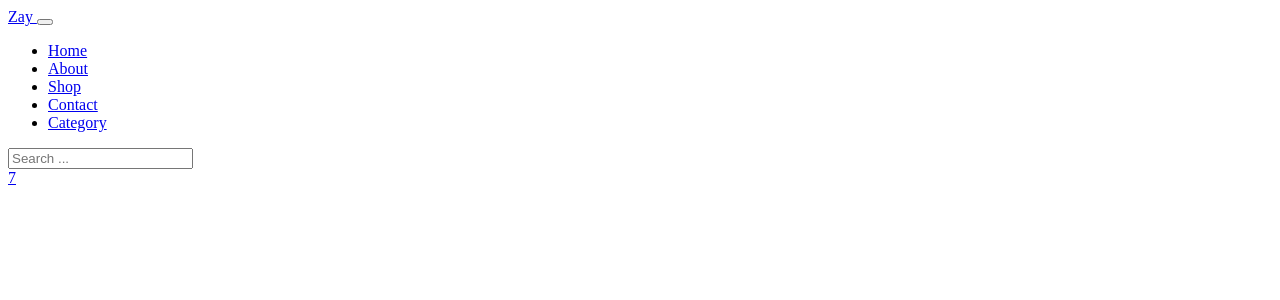
Repository: Carwyn1101/NguyenDinhHongPhuc_22133041
Page: http://localhost/LapTrinhWeb/commons/admin/header.jsp
These files come from the project's save history. The page is drawn as it stood at one moment and after the next save; the edit follows.
The browser window is 1280 px wide. The pictures show the whole page.
The page is served by Tomcat 10. Nobody is signed in. The application's start-up code is not run. Other server files are loaded and not shown.

Above is the page before, as saved 2024-10-08 14:33:57.

### LapTrinhWeb/src/main/webapp/commons/admin/header.jsp
<%@page import="LapTrinhWeb_Cha.models.UserModel"%>
<%@page import="LapTrinhWeb_Cha.controllers.WaitingController"%>
<%@ page language="java" contentType="text/html; charset=ISO-8859-1"
	pageEncoding="ISO-8859-1"%>

<%
// Giả sử bạn đã lưu đối tượng user trong session khi người dùng đăng nhập
UserModel account = (UserModel) session.getAttribute("account");
%>

<nav class="navbar navbar-expand-lg navbar-light shadow">
	<div
		class="container d-flex justify-content-between align-items-center">

		<a class="navbar-brand text-success logo h1 align-self-center"
			href="index.html"> Zay </a>

		<button class="navbar-toggler border-0" type="button"
			data-bs-toggle="collapse" data-bs-target="#templatemo_main_nav"
			aria-controls="navbarSupportedContent" aria-expanded="false"
			aria-label="Toggle navigation">
			<span class="navbar-toggler-icon"></span>
		</button>

		<div
			class="align-self-center collapse navbar-collapse flex-fill  d-lg-flex justify-content-lg-between"
			id="templatemo_main_nav">
			<div class="flex-fill">
				<ul class="nav navbar-nav d-flex justify-content-between mx-lg-auto">
					<li class="nav-item"><a class="nav-link" href="index.html">Home</a>
					</li>
					<li class="nav-item"><a class="nav-link" href="about.html">About</a>
					</li>
					<li class="nav-item"><a class="nav-link" href="shop.html">Shop</a>
					</li>
					<li class="nav-item"><a class="nav-link" href="contact.html">Contact</a>
					</li>
					<li class="nav-item"><a class="nav-link" href="${pageContext.request.contextPath}/admin/categories">Category</a>
					</li>
				</ul>
			</div>
			<div class="navbar align-self-center d-flex">
				<div class="d-lg-none flex-sm-fill mt-3 mb-4 col-7 col-sm-auto pr-3">
					<div class="input-group">
						<input type="text" class="form-control" id="inputMobileSearch"
							placeholder="Search ...">
						<div class="input-group-text">
							<i class="fa fa-fw fa-search"></i>
						</div>
					</div>
				</div>
				<a class="nav-icon d-none d-lg-inline" href="#"
					data-bs-toggle="modal" data-bs-target="#templatemo_search"> <i
					class="fa fa-fw fa-search text-dark mr-2"></i>
				</a> <a class="nav-icon position-relative text-decoration-none" href="#">
					<i class="fa fa-fw fa-cart-arrow-down text-dark mr-1"></i> <span
					class="position-absolute top-0 left-100 translate-middle badge rounded-pill bg-light text-dark">7</span>
				</a>
				<!--  <a class="nav-icon position-relative text-decoration-none" href="#">
                        <i class="fa fa-fw fa-user text-dark mr-3"></i>
                        <span class="position-absolute top-0 left-100 translate-middle badge rounded-pill bg-light text-dark">+99</span>
                    </a> -->

				<%
				if (account != null) {
				%>
				<div class="dropdown">
					<button
						class="btn btn-secondary dropdown-toggle nav-icon position-relative text-decoration-none"
						type="button" id="dropdownMenuButton" data-bs-toggle="dropdown"
						aria-expanded="false">
						<i class="fa fa-fw fa-user text-dark mr-3"></i> <span
							class="position-absolute top-0 left-100 translate-middle badge rounded-pill bg-light text-dark">+99</span>
					</button>
					<ul class="dropdown-menu" aria-labelledby="dropdownMenuButton">
						<li><a class="dropdown-item"
							href='${pageContext.request.contextPath}/logout'>Logout</a></li>
						<li><a class="dropdown-item"
							href='${pageContext.request.contextPath}/profile'>Edit
								Profile</a></li>
					</ul>
				</div>
				<%
				}
				%>
			</div>
		</div>
	</div>
</nav>

After the next save:
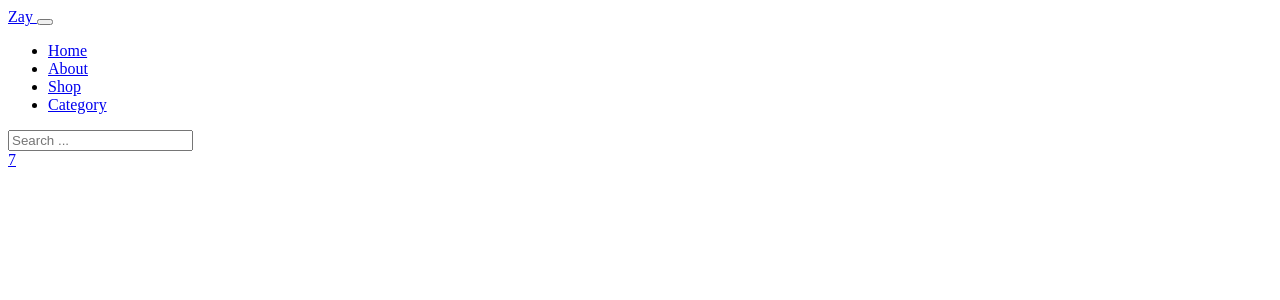
Saved 2 min 52 s later.
--- a/LapTrinhWeb/src/main/webapp/commons/admin/header.jsp
+++ b/LapTrinhWeb/src/main/webapp/commons/admin/header.jsp
@@ -32,8 +32,6 @@ UserModel account = (UserModel) session.getAttribute("account");
 					<li class="nav-item"><a class="nav-link" href="about.html">About</a>
 					</li>
 					<li class="nav-item"><a class="nav-link" href="shop.html">Shop</a>
-					</li>
-					<li class="nav-item"><a class="nav-link" href="contact.html">Contact</a>
 					</li>
 					<li class="nav-item"><a class="nav-link" href="${pageContext.request.contextPath}/admin/categories">Category</a>
 					</li>
